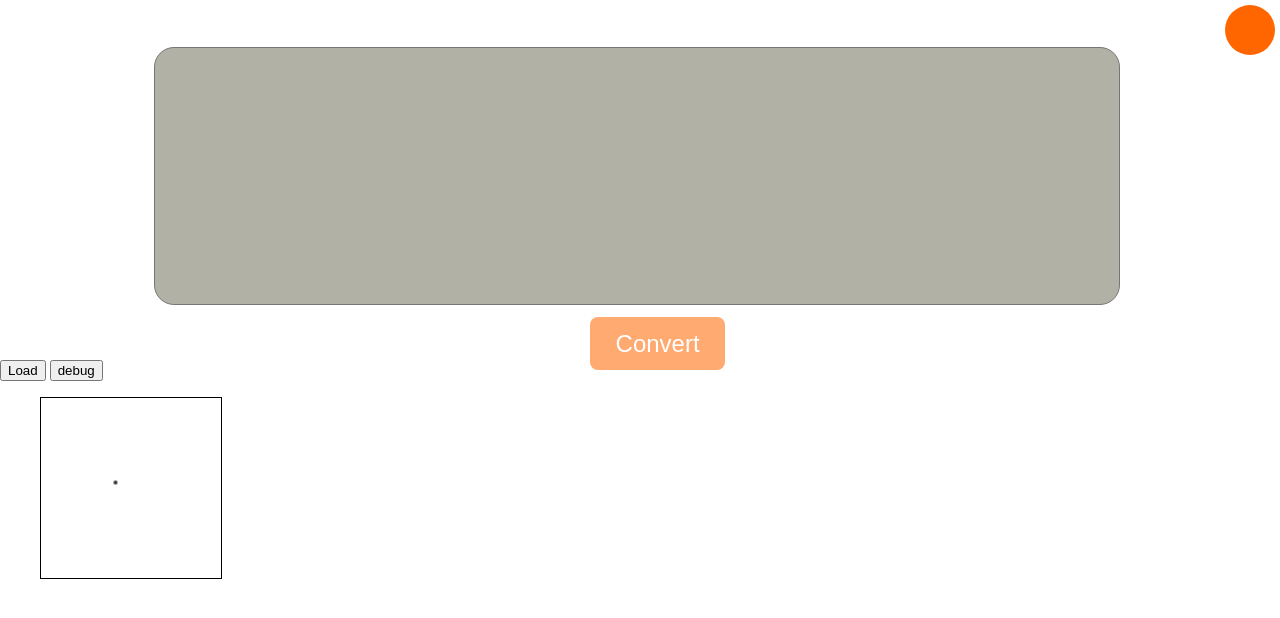
Repository: readwithpic/readwithpic.github.io
Page: platform14.html
The author's editor kept a record of every edit. The page is drawn from the files as they stood at one moment, then again after the next edit.
The browser window is 1280 px wide. The pictures show the whole page.
Some web libraries are served in a nearby version.

Above is the page before.
Console error: TypeError: Cannot read properties of undefined (reading 'length')

### platform14.html
<!DOCTYPE html>
<html>
    <head>
        <link rel="stylesheet" type="text/css" href="style.css" />
        <script src="https://ajax.googleapis.com/ajax/libs/jquery/2.1.3/jquery.min.js"></script>
        <script type="text/javascript" src="jscript.js"></script>
    </head>
    <body>
        <div id="roundB"></div>
        <div id="textBox">
            <form>
                <textarea rows="10" cols="80" id="textInput" name="texthere"></textarea>
                <br>
                <button type="button" id="convert" disabled>Convert</button>
            </form>
        </div>
        <div>
            <button type="button" id="loadme">Load</button>
            <button type="button" id="debug">debug</button>
        </div>
        <div id="display">
            <ul>
                 <li id="listLoad">
                    <div id="loadingSpin">
                        <div class="spinner">
                            <div class="bounce1"></div>
                            <div class="bounce2"></div>
                            <div class="bounce3"></div>
                        </div>
                    </div>
                </li>
            </ul>
        </div>
            <div><span id="sDebug"> </span><span id="what"></span></div>
    </body>
</html>

### style.css
html, body { height: 100%; width: 100%; margin: 0; }


li {
    display: inline-block;
}

img{
    margin-right:-70px;
}

figcaption {

}

#searchbox {
    width:600px;
    height:200px;
}

p {
 display:inline;
}

.onlyText{
 margin-left:4px;
}


#sDebug{
    background-color:brown;
}

#what{
    background-color:red;
}


#textBox{
  position:relative;
  width:100%;
  height:50%;

}

#textInput{
    position:absolute;
    display:block;
    resize:none;

    top:11%;
    left:9%;
    width:80%;
    height:150%;

    background-color:#b2b1a6;
    -moz-border-radius: 10px;
    -webkit-border-radius: 10px;
    border-radius: 20px;
}

/*
#textInput:focus{
  border-color:green;
  outline:none;
}


#convert  {
    position:absolute;
    left: 50%;
    margin-left: -50px;

    top:165%;

    background-color: #FF6600;
   -webkit-border-radius: 8px;
    -moz-border-radius: 8px;
    border-radius: 8px;
   color: white;
   font-size: 1.5em;
   text-decoration: none;
   padding: 1% 2% ;

   border: none;
   }

#convert:disabled{
  background-color:#FFAA70;
}

#convert:active {
   background-color: #993D00;

   }



*/















#textBox{
  position:relative;
  width:100%;
  height:50%;

}

#textInput{
    position:absolute;
    display:block;
    resize:none;
    top:13%;
    left:12%;
    width:75%;
    height:70%;
    background-color:#b2b1a6;
    -moz-border-radius: 10px;
    -webkit-border-radius: 10px;
    border-radius: 20px;
}



#textInput:focus{
  border-color:green;
  outline:none;
}


#convert  {
    position:absolute;
    left: 50%;
    margin-left: -50px;
    top:88%;
    background-color: #FF6600;
   -webkit-border-radius: 8px;
    -moz-border-radius: 8px;
    border-radius: 8px;
   color: white;
   font-size: 1.5em;
   text-decoration: none;
   padding: 1% 2% ;
   border: none;
   }

#convert:disabled{
  background-color:#FFAA70;
}

#convert:active {
   background-color: #993D00;
   }

#roundB{
  position:fixed;
  top:5px;
  right:5px;
  width:50px;
  height:50px;
  background-color: #FF6600;
  border-radius:50%;
}

#roundB:active {
   background-color: #993D00;
   }


/* Loading */
#listLoad{
  position:relative;
  border:1px solid black;
  width:180px;
  height:180px;

}

#loadingSpin{
    position:absolute;
    top:77px;
    left:67px;

}

spinner {
  margin-left:100px;
  width: 70px;
  text-align: center;
}

.spinner > div {
  width: 15px;
  height: 15px;
  background-color: #333;
  border-radius: 100%;
  display: inline-block;
  -webkit-animation: bouncedelay 1.4s infinite ease-in-out;
  animation: bouncedelay 1.4s infinite ease-in-out;
  /* Prevent first frame from flickering when animation starts */
  -webkit-animation-fill-mode: both;
  animation-fill-mode: both;
}

.spinner .bounce1 {
  -webkit-animation-delay: -0.32s;
  animation-delay: -0.32s;
}

.spinner .bounce2 {
  -webkit-animation-delay: -0.16s;
  animation-delay: -0.16s;
}

@-webkit-keyframes bouncedelay {
  0%, 80%, 100% { -webkit-transform: scale(0.0) }
  40% { -webkit-transform: scale(1.0) }
}

@keyframes bouncedelay {
  0%, 80%, 100% {
    transform: scale(0.0);
    -webkit-transform: scale(0.0);
  } 40% {
    transform: scale(1.0);
    -webkit-transform: scale(1.0);
  }
}













@media only screen and (min-width: 0px) {

  /* Styles */
}

/* iPhone 4*/
@media only screen and (min-width: 320px) {

  /* Styles */
}


/* Samsung Galaxy S5 (portrait) ----------- */
@media only screen and (min-width: 360px) {
/* Styles */

}

/* iPhone 6 (portrait) ----------- */
@media only screen and (min-width: 375px) {
/* Styles */

}

/* iPhone 6+ (portrait) ----------- */
@media only screen and (min-width: 414px) {
/* Styles */


}

/* iPhone 4 (landscape) ----------- */
@media only screen and (min-width: 480px) {
/* Styles */

}


/* iPhone 5 (landscape) ----------- */
@media only screen and  (min-width: 568px){
/* Styles */

}

/* Samsung Galaxy S3 (landscape) ----------- */
@media only screen and (min-width: 640px){
/* Styles */

}

/* iPhone 6 (landscape) ----------- */
@media only screen and (min-width: 667px) {
/* Styles */

}

/* iPhone 6+ (landscape) ----------- */
@media only screen and  (min-width: 736px){
/* Styles */

}

/* iPads (portrait and landscape) ----------- */
@media only screen and (min-width: 768px)  {
/* Styles */

}

/* iPads (landscape) ----------- */
@media only screen and (min-width: 1024px){
/* Styles */

}

/* Desktops and laptops ----------- */
@media only screen  and (min-width: 1224px) {
/* Styles */


}

/* Large screens ----------- */
@media only screen  and (min-width:1824px) {
/* Styles */

}

### jscript.js
var link=new Array();
var link2=new Array();
var k,j,i,userInput, cleanSent, search, list,h,startNum,constantV,calNum,docHeight;
var filterWords = ["is","are","all", "another", "any", "anybody", "anyone", "anything", "botheach", "each", "other", "either", "everybody", "everyone", "everything", "few", "he", "her", "hers", "herself", "him", "himself", "his", "it", "its", "itself", "many", "me", "mine", "more", "most", "much", "myself", "neither", "no", "one", "nobody", "none", "nothing", "another", "other", "others", "ours", "ourselves", "several", "she", "some", "somebody", "someone", "something", "their", "theirs", "them", "themselves", "these", "they", "this", "those", "us", "we", "what", "whatever", "which", "whichever", "who", "whoever", "whom", "whomever", "whose", "you", "your", "yours", "yourself", "yourselves", "that", "it's", "time", "person", "year", "way", "day", "thing", "man", "world", "life", "hand", "part", "child", "eye", "woman", "place", "work", "week", "case", "point", "government", "company", "number", "group", "problem", "fact", "be", "have", "do", "say", "get", "make", "go", "know", "take", "see", "come", "think", "look", "want", "give", "use", "find", "tell", "ask", "work", "seem", "feel", "try", "leave", "call", "good", "new", "first", "last", "long", "great", "little", "own", "other", "old", "right", "big", "high", "different", "small", "large", "next", "early", "young", "important", "few", "public", "bad", "same", "able", "to", "of", "in", "for", "on", "with", "at", "by", "from", "up", "about", "into", "over", "after", "beneath", "under", "above", "the", "and", "a", "that", "", "it", "not", "he", "as", "you", "this", "but", "his", "they", "her", "she", "or", "an", "will", "my", "one", "all", "would", "there", "their", "aboard", "about", "above", "across", "after", "against", "along", "amid", "among", "around", "as", "at", "before", "behind", "below", "beneath", "beside", "besides", "between", "beyond", "but", "by", "concerning", "considering", "despite", "down", "during", "except", "excepting", "excluding", "following", "for", "from", "in", "inside", "into", "like", "minus", "near", "of", "off", "on", "onto", "opposite", "outside", "over", "past", "per", "plus", "regarding", "round", "save", "since", "than", "through", "to", "toward", "towards", "under", "underneath", "unlike", "until", "up", "upon", "versus", "via", "with", "within", "without"];
var count=0;
var lastList;
var textInput;
//to disable scroll once it's executed.
var myScroll=1;
var loadList;

$(document).ready(function () {
    list = $('li');
    textInput=$('#textInput');
    loadList=$('#listLoad');
    $('textarea').keyup(function () {
        if ($(this).val()) {
            $('#convert').removeAttr('disabled');
        } else {
            $('#convert').attr('disabled', 'disabled');
        }
    });

    $('#convert').click(function () {
         if(textInput.height() > 350){
           $('#textBox').fadeOut('fast');
        }else{
           $('#textBox').slideUp('fast');
        }

        //link.length = 0;
        count=0;
        h = 0;
        j = 0;
        // default number of search images to be loaded at first
        startNum=10;
        //constantV is added to calNum(to load given number consistant images after each scroll)
        calNum=startNum;
        link.length=0;
        link2.length=0;
        $('#what').empty();
        $('#showIt').remove();
        $('.onlyText').remove();
        $('#loading').text('Please wait loading');
        userInput = $('textarea[name=texthere]').val();
        cleanSent = userInput.replace(/\s+/g, ' ');
        search = cleanSent.split(" ");
        callAjax(search[j]);

       // preTest();
    });

    $('#roundB').click(function() {
        $('#what').append("yes");
        $('#textBox').css('position','absolute');
        $('#textInput').css({
            'top':'11%',
            'left':'9%',
            'width':'80%',
             'height':'150%'
        });
        $('#convert').css({
            'top':'165%'
        });
        $('#textBox').fadeIn();
    });

    $("#loadme").click(function(){
         if(j < search.length){
             h=0;
             //To reuse same Array link2
             link2.length=0;
             //load number of images after each scroll
             constantV=5;
            //reintalize the calNum to display given constant number of images accross the screen
             calNum +=constantV;
             callAjax(search[j]);
         }
    });

    $(window).resize(function(){
       // var winScroll= $(document).scroll();
       // winScroll.promise().done(function(){
              if(lastList.offset().top < $(window).height() && myScroll===1){
               myScroll=1;
               $(document).scroll();
           }

       // });
    });

     $(document).scroll(function(){
               if($(window).scrollTop() + $(window).height() > $(document).height()-$(document).height()/4 && myScroll===1) {
                    if(j < search.length){


                     h=0;
                     //To reuse same Array link2
                     link2.length=0;
                     //load number of images after each scroll
                     constantV=5;
                    //reintalize the calNum to display given constant number of images accross the screen
                     calNum +=constantV;
                     callAjax(search[j]);
                     myScroll=0;
                    }
           }
     });

    //dubugging zone
   $("#debug").click(function(){
              $('#sDebug').append('<br>' +"Linklength1 : " + link.length + '<br>');
              $('#sDebug').append("Linklength2 : " + link2.length + '<br>');
              $("#sDebug").append("dubug j value :" + j + '<br>');
              $('#sDebug').append("dubug i value:" + i + '<br>');
              $('#sDebug').append("dubug count value:" + count + '<br>');
              $('#sDebug').append("dubug k value:" + k + '<br>');
    });
});

function callAjax(index) {
    var look = new URL('https://ajax.googleapis.com/ajax/services/search/images?v=1.0&q=' + index + '&callback=?');
    $.ajax({
        url: look,
        dataType: 'json',
           success: function (data) {
            if(data.responseData.results.length===0){
                if(j < startNum){
                    link[j]="http://upload.wikimedia.org/wikipedia/commons/9/98/MA_Route_blank.svg";
                    j++;
                }else{
                    link2[h]="http://upload.wikimedia.org/wikipedia/commons/9/98/MA_Route_blank.svg";
                    j++;
                    h++;
                }
            }else{
                if(j < startNum){
                    link[j]=data.responseData.results[0].url;
                    j++;
                }else{
                    link2[h]=data.responseData.results[0].url;
                    j++;
                    h++;
                }
            }
            //checked against the calNum to make sure it doesn't load images more then startNum(default number of images to be load at first)
            if(j < search.length && j < calNum) {
                callAjax(search[j]);
            }else{
                show();
                }
        }
    });
}

//function do display first 30 words
function show() {
        var loopNum;
        i=0;
        //slideUp or fadeOut the textarea and button
        if(count ===0){

            for(i; i < j; i++){
               // $('#what').append( 'firstIvalue: ' + i);
         //indexOf(search[j]) returns -1 if the value is not present inside array search[j];
        //check if search[j] is not the first html list element
                if(filterWords.indexOf(search[i])!== -1 && $('li').length > 0){
                     $('.withPic').last().append( '<p class=onlyText>' + search[i] + '</p>' );
                }else{
                    $('#display ul').append('<li id="showIt">'+'<figure>' + '<img src="' + link[i] + '" height=180 width=180>' +
                    '<figcaption>'  + '<p class=withPic>' + search[i] + '</p>' + '</figcaption>' + '</figure>'+'</li>');
                    }
                }

                   lastList=$('li:last').attr('id', 'showIt');
                    $('#display ul').append(loadList);
                   count=1;
                   myScroll=1;

                   if(lastList.offset().top < $(window).height()){
                       $(document).scroll();
                   }

         }else{
            k=0;
            //to run the loop if the value of constantV is less then link2.length.
            if(link2.length < constantV){
                i=j-link2.length;
                loopNum=i + link2.length;
              //$('#what').append('<br>' + 'insideLOOPNUM: ' + loopNum);

            //Once value of j arrives here it'll be orginal value + constantV because callAjax function have already run twice
            }else{
                i=j-constantV;
                loopNum=i + constantV;
            }
            for(i; i < loopNum; i++){
                 //indexOf(search[j]) returns -1 if the value is not present inside array search[j];
                //check if search[j] is not the first html list element
                if(filterWords.indexOf(search[i])!== -1 && $('li').length > 0){
                     $('.withPic').last().append( '<p class=onlyText>' + search[i] + '</p>' );
                }else{
                    $('#display ul').append('<li id="showIt">'+'<figure>' + '<img src="' + link2[k] + '" height=180 width=180>' +
                    '<figcaption>'  + '<p class=withPic>' + search[i] + '</p>' + '</figcaption>' + '</figure>'+'</li>');
                }
                k++;

               // $('#what').append('<br>' + 'insideIvalue: ' + i);
               // $('#what').append('<br>' + 'insideKvalue: ' + k);
               // $('#what').append('<br>' + 'insideJvalue: ' + j);
            }
             myScroll=1;
             if(lastList.offset().top < $(window).height()){
                       $(document).scroll();
                   }
        }
    }



/*
function preTest() {
    //append first list so that variable para can grab the list id
    $('#display ul').append('<li id="fakeList">' + '<figure>' + '<div id="fakeBox">' + '</div>' + '<figcaption>' + '<p class=withPic>' + search[j] + '</p>' + '</figcaption>' + '</figure>' + '</li>');
    para = $('li:last').attr('id', "fakeList");
    //get the top height position of last list element
    paraH = para.offset().top;
    //remove the first list to avoid duplication
    $('li:first').remove();
    for (var i = 0; i < search.length; i++) {
        if (paraH < docHeight) {
            $('#display ul').append('<li id="fakeList">' + '<figure>' + '<div id="fakeBox">' + '</div>' + '<figcaption>' + '<p class=withPic>' + search[j] + '</p>' + '</figcaption>' + '</figure>' + '</li>');
            //update the para value with latest last list element and it's top position
            para = $('li:last').attr('id', "fakeList");
            paraH = para.offset().top;
            j++;
        }else{
            para.remove();
            calIndex = j - 1;
            break;
        }
    }
    // callAjax(search[j]);
}

*/

After the next edit:
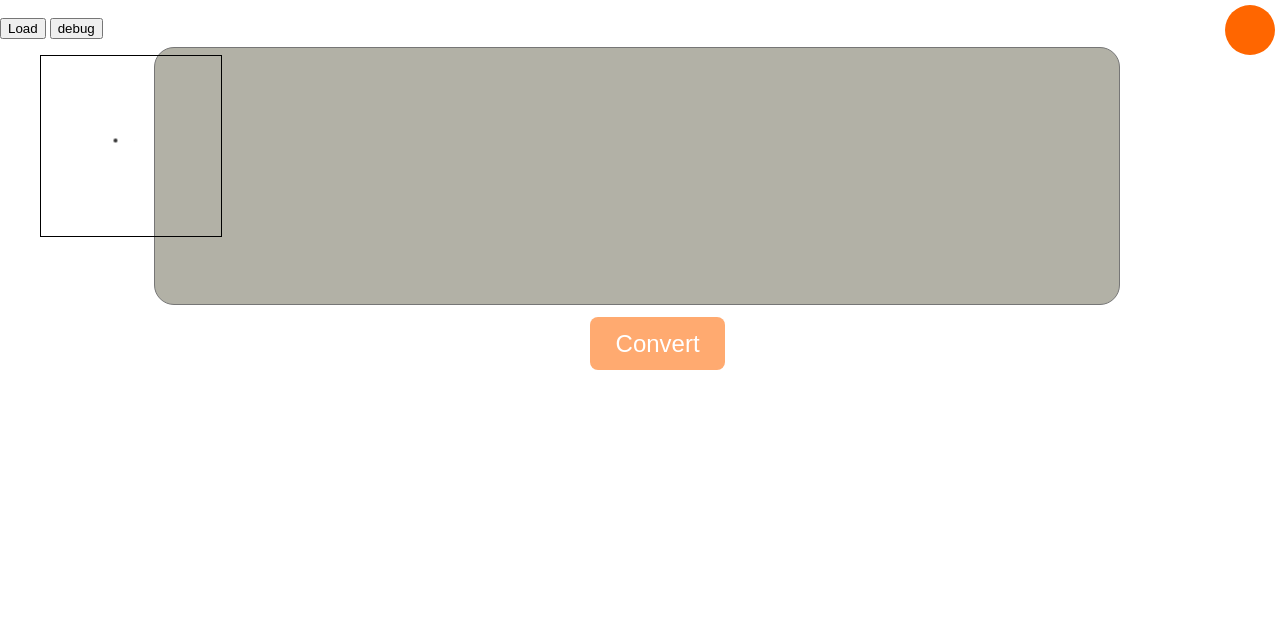
The edit:
--- a/platform14.html
+++ b/platform14.html
@@ -8,7 +8,7 @@
     <body>
         <div id="roundB"></div>
         <div id="textBox">
-            <form>
+            <div>
                 <textarea rows="10" cols="80" id="textInput" name="texthere"></textarea>
                 <br>
                 <button type="button" id="convert" disabled>Convert</button>

After the edit that followed:
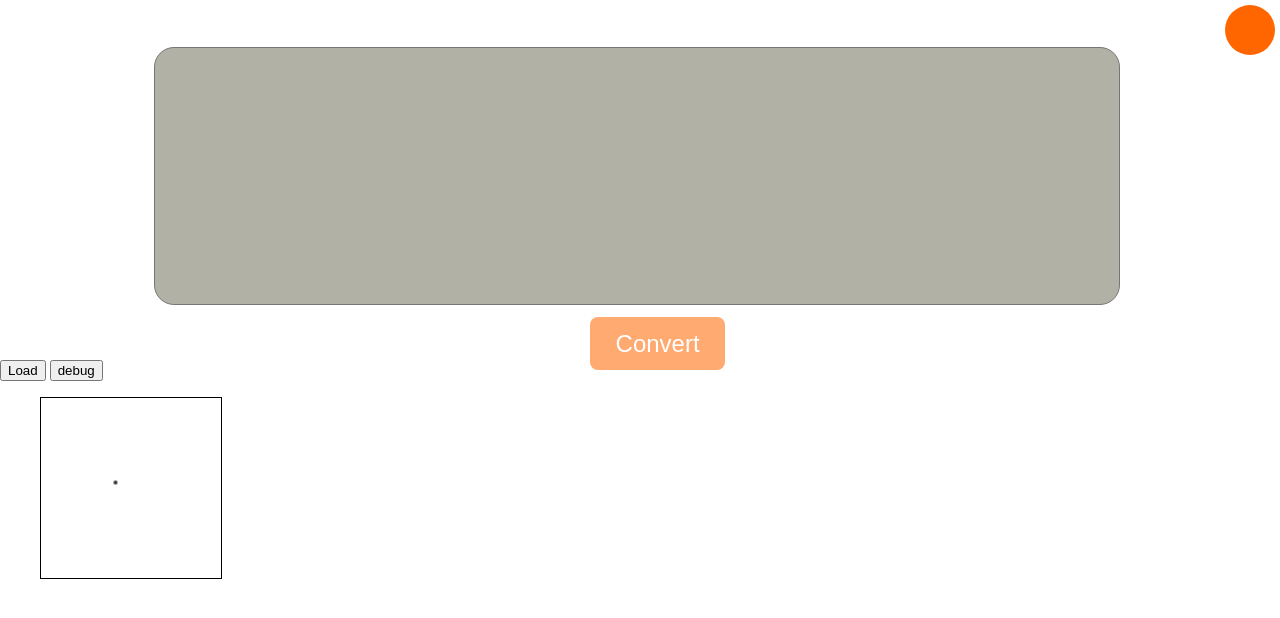
The edit:
--- a/platform14.html
+++ b/platform14.html
@@ -12,7 +12,7 @@
                 <textarea rows="10" cols="80" id="textInput" name="texthere"></textarea>
                 <br>
                 <button type="button" id="convert" disabled>Convert</button>
-            </form>
+            </div>
         </div>
         <div>
             <button type="button" id="loadme">Load</button>
